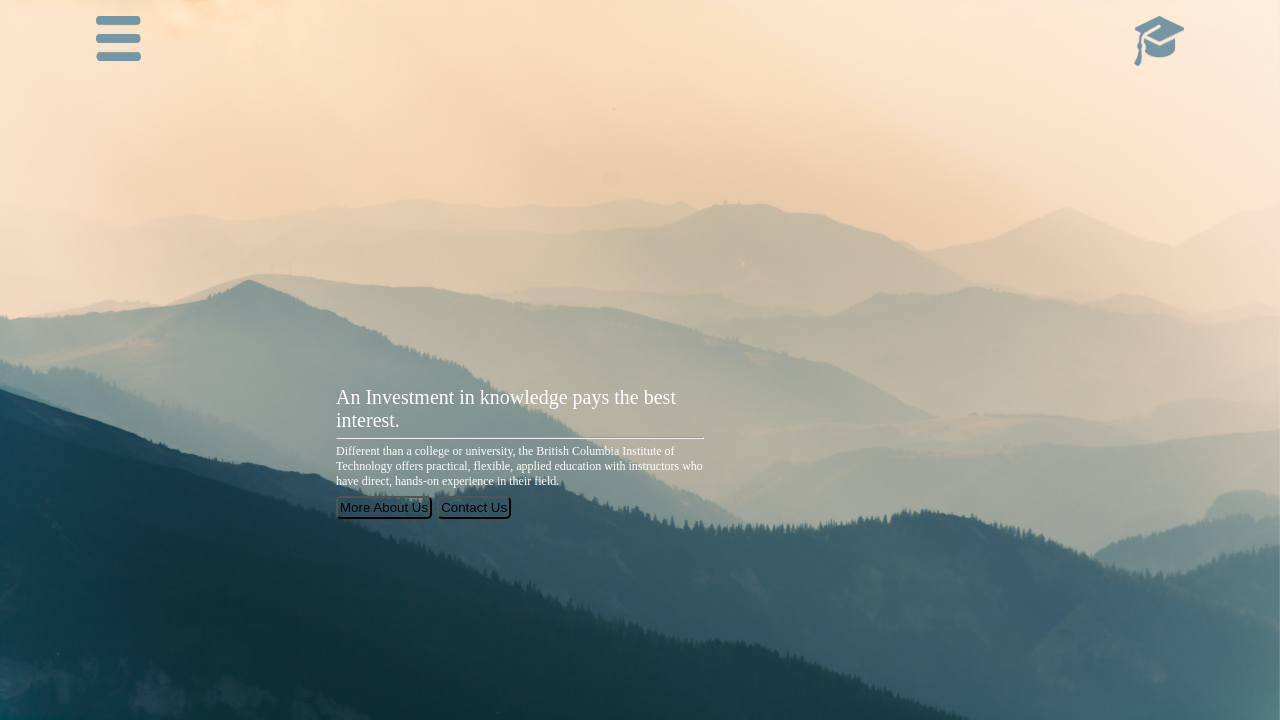
Repository: anoncoderin/assignment01-withCarousel-Madhu
Page: /
An editor plug-in stored every save of this project. The page is shown before and after a run of saves, followed by the edit.
The browser window is 1280 px wide. The pictures show the whole page.
The project was rebuilt for these pictures with package versions that can differ from the ones it lists, and the page was loaded fresh each time. The framework's server and built-in components were replaced by stand-ins that run in the browser. Also part of the build but not shown: next.config.js.

Above is the page before, as saved 2023-02-01 22:31:11.

After the next 3 saves:
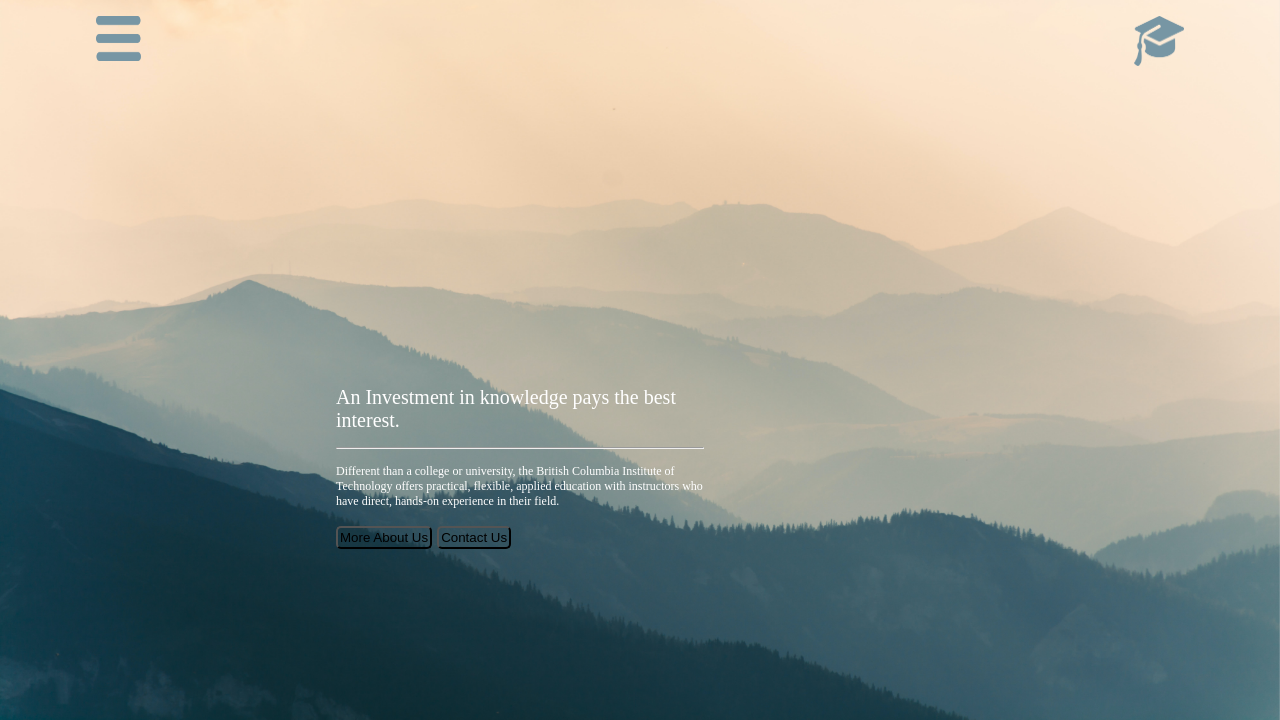
The 3 saves are shown as one change because they came seconds apart.
The last was saved 43 s later.
--- a/styles/Home.module.css
+++ b/styles/Home.module.css
@@ -37,7 +37,7 @@
   padding-left: 20rem;
   padding-top: 20rem;
   padding-right: 35rem;
-  gap: 5px;
+  gap: 15px;
 }
 
 .smallp{
